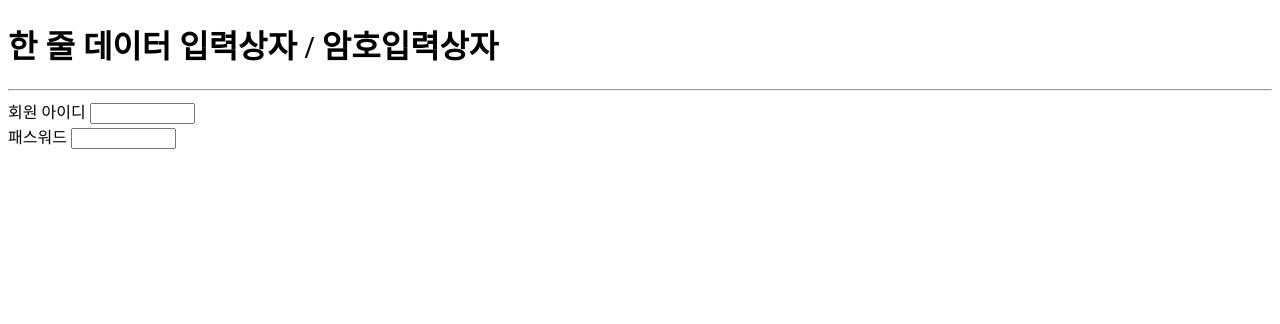
Repository: jp0301/WebStudy
Page: WebApp01/WebContent/Test020.html
The author's editor kept a copy of each file at every save. The page is drawn from the files as they stood at one save, then again after the next save.
The browser window is 1280 px wide. The pictures show the whole page.

Above is the page before, as saved 2022-09-27 05:36:35.

### WebApp01/WebContent/Test020.html
<!DOCTYPE html>
<html>
<head>
<meta charset="UTF-8">
<title>Test020.html</title>
</head>
<body>

	<div>
		<h1>한 줄 데이터 입력상자 / 암호입력상자</h1>
		<hr>
	</div>

	<div>
		<form>
			회원 아이디 <input type="text" name="name" size="10"
			maxlength="8">
			<br>
			패스워드 <input type="password" name="pwd" size="10"
			maxlength="10">
			<br>
		</form>
	</div>


</body>
</html>

After the next save:
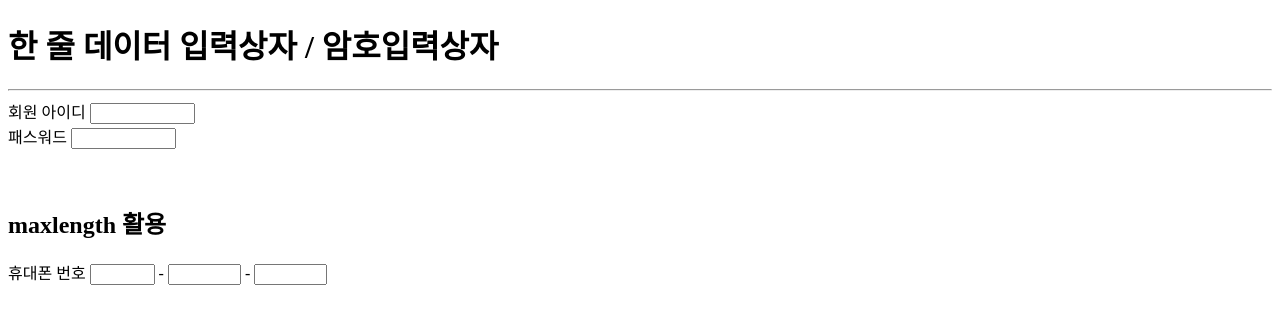
Saved 97 s later.
--- a/WebApp01/WebContent/Test020.html
+++ b/WebApp01/WebContent/Test020.html
@@ -21,7 +21,19 @@
 			<br>
 		</form>
 	</div>
+	<br><br>
 
+
+	<div>
+		<h2>maxlength 활용</h2>
+		<form>
+			휴대폰 번호 <input type="text" name="phone1" size="5" maxlength="3">
+			-
+			<input type="text" name="phone2" size="6" maxlength="4">
+			-
+			<input type="text" name="phone3" size="6" maxlength="4">
+		</form>
+	</div>
 
 </body>
 </html>
